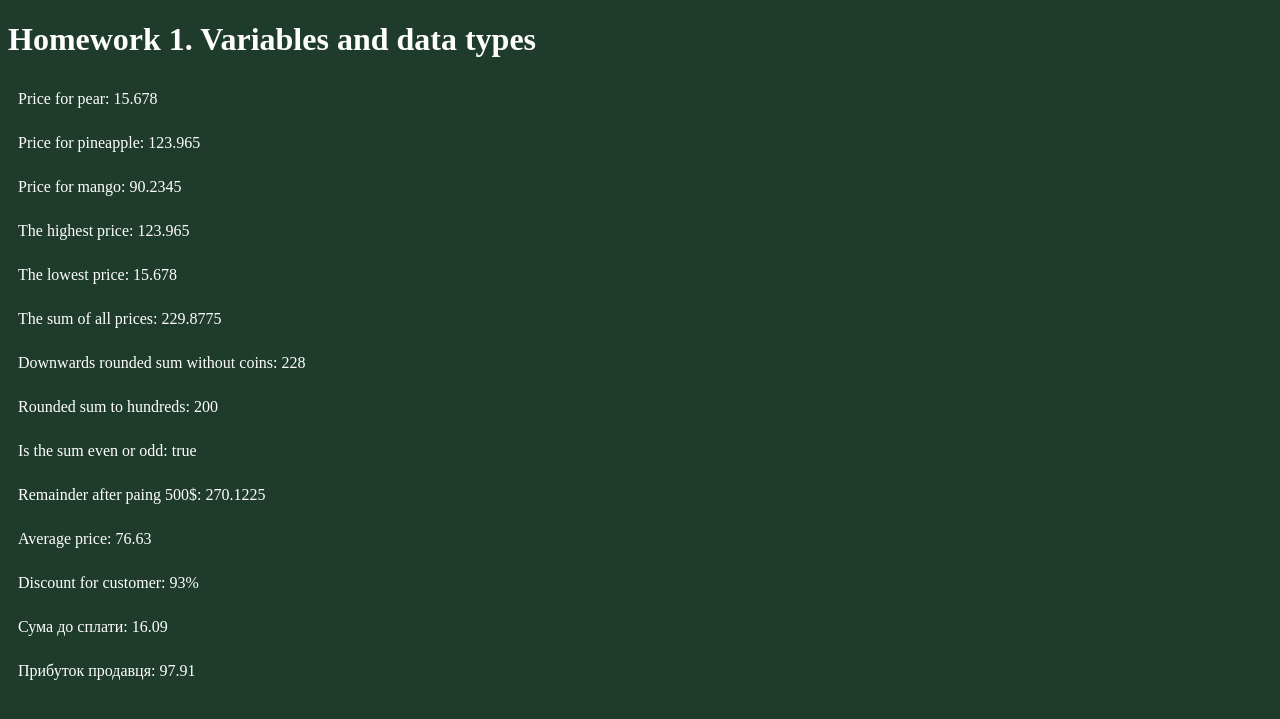
Repository: mariiastetsko/cursor-js-hw
Page: HW1/index.html
These files come from the project's save history. The page is drawn as it stood at one moment and after the next save; the edit follows.
The browser window is 1280 px wide. The pictures show the whole page.

Above is the page before, as saved 2020-07-22 22:52:40.

### HW1/index.html
<!DOCTYPE html>
<html lang="en">
  <head>
    <meta charset="UTF-8" />
    <meta name="viewport" content="width=device-width, initial-scale=1.0" />
    <title>HW1. Variables and data types</title>
    <style>
      body {background-color: #1f3b2c;
    color: #fff;
font}
      p {padding: 10px 0px 0px 10px;}
    </style>
  </head>
  <body>
    <div>
      <h1>Homework 1. Variables and data types</h1>
      <span id="barvaToHtml"></span>
    </div>
    <script type="text/javascript" src="./script.js"></script>
  </body>
</html>

### HW1/script.js
//Prices for products
const pear = 15.678;
const pineapple = 123.965;
const mango = 90.2345;

//max price
const maxPrice = Math.max(pear, pineapple, mango);
//min price
const minPrice = Math.min(pear, pineapple, mango);

const fruitSum = pear + pineapple + mango;

//downwards rounded sum of the fruit without coins
const sumWithoutCoins = Math.trunc(
  Math.floor(pear) + Math.floor(pineapple) + Math.floor(mango)
);

//round sum to hundreds
const roundedSum = Math.round(fruitSum / 100) * 100;

//proof sum -> even or odd
const isEven = roundedSum % 2 === 0 ? 'true' : 'false';

//remainder after paing 500 euro
const remainder = 500 - fruitSum;

//average price
const average = fruitSum / 3;
const roundedAverage = average.toFixed(2);

const discount = Math.floor(Math.random() * 99) + 1;

const toPay = (fruitSum - (fruitSum * discount) / 100).toFixed(2);

const primecost = sumWithoutCoins / 2;

const netProfit = primecost - toPay;

const output = document.getElementById("barvaToHtml");

output.innerHTML = `
<p>Price for pear: ${pear}</p>
<p>Price for pineapple: ${pineapple}</p>
<p>Price for mango: ${mango}</p>
<p>The highest price: ${maxPrice}</p>
<p>The lowest price: ${minPrice}</p>
<p>The sum of all prices: ${fruitSum}</p>
<p>Downwards rounded sum without coins: ${sumWithoutCoins}</p>
<p>Rounded sum to hundreds: ${roundedSum}</p>
<p>Is the sum even or odd: ${isEven}</p>
<p>Remainder after paing 500$: ${remainder}</p>
<p>Average price: ${roundedAverage}</p>
<p>Discount for customer: ${discount}%</p>
<p>Сума до сплати: ${toPay}</p>
<p>Прибуток продавця: ${netProfit.toFixed(2)}</p>
`;

//document.body.innerHTML

After the next save:
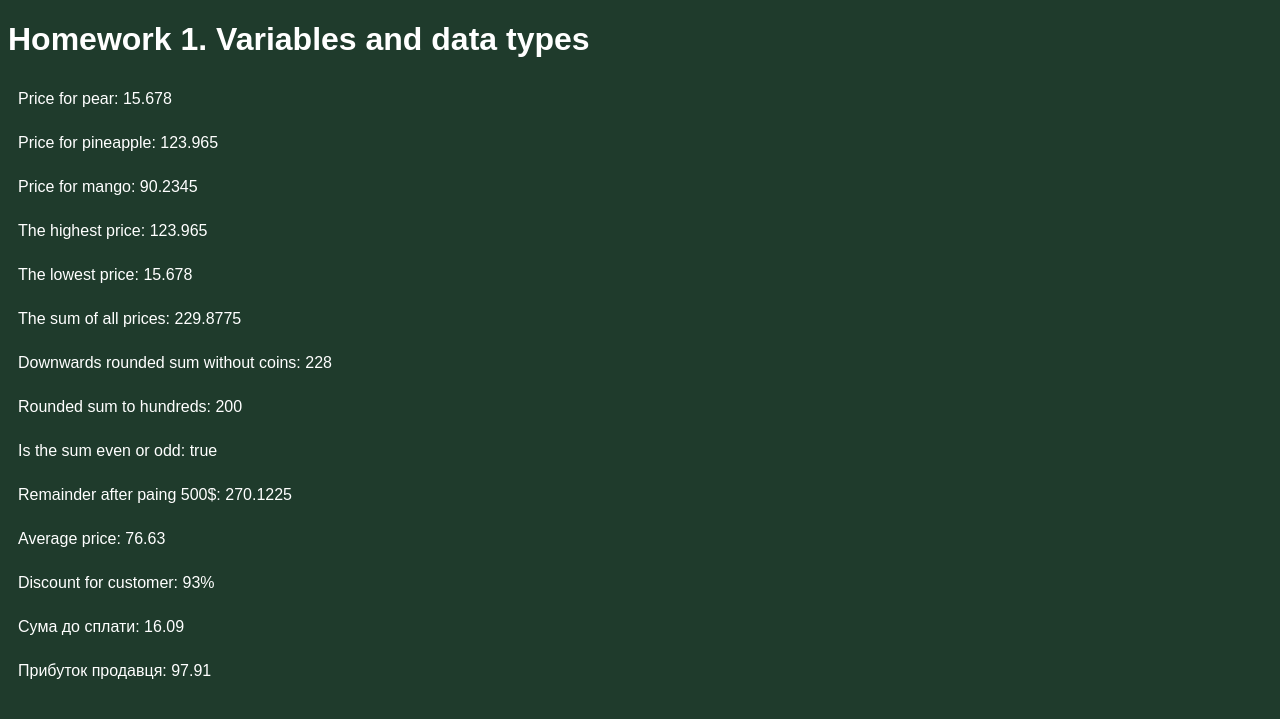
Saved 4 s later.
--- a/HW1/index.html
+++ b/HW1/index.html
@@ -7,7 +7,7 @@
     <style>
       body {background-color: #1f3b2c;
     color: #fff;
-font}
+font-family: Arial, Helvetica, sans-serif;}
       p {padding: 10px 0px 0px 10px;}
     </style>
   </head>
